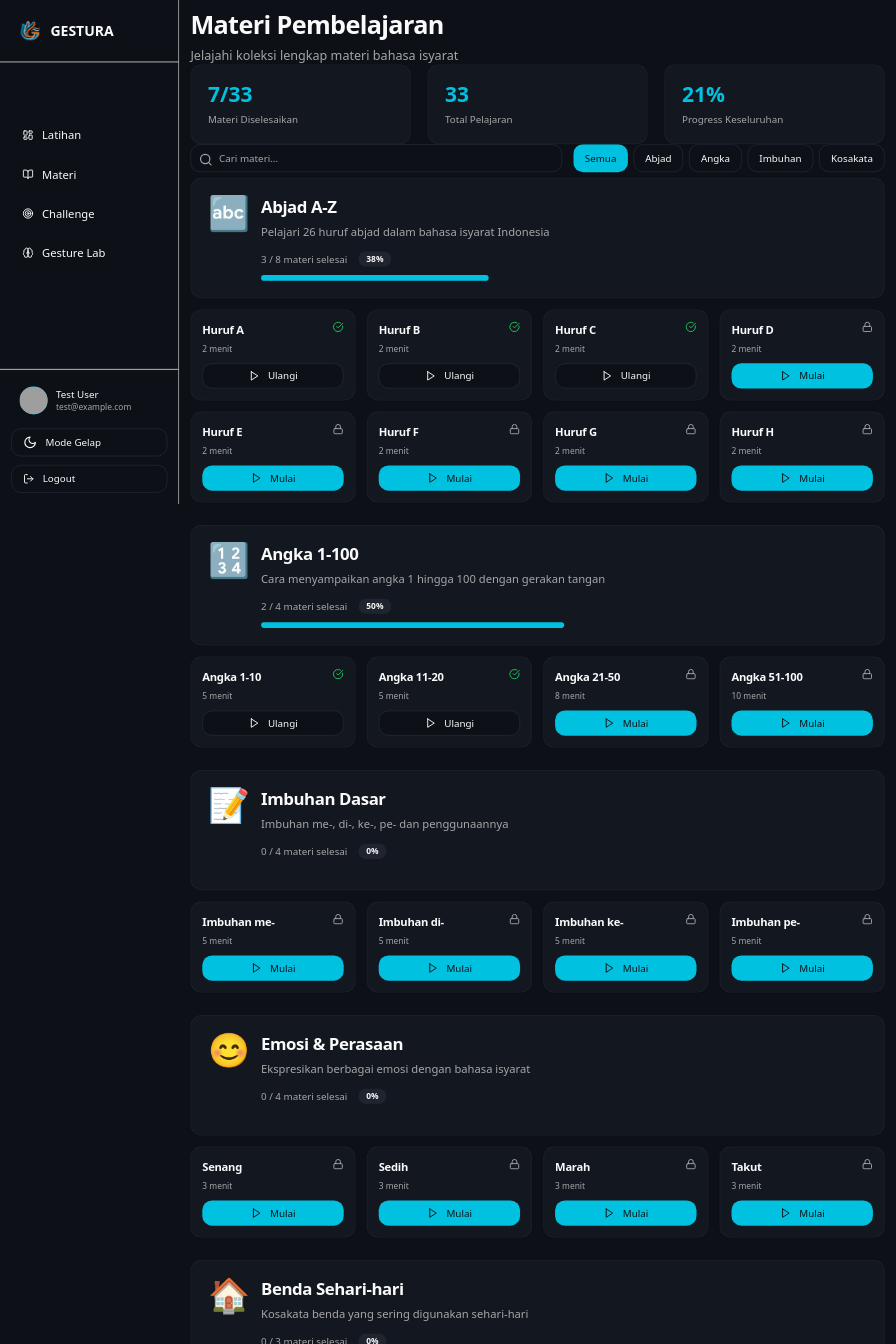
Repository: Tisna7/GESTURA
Page: http://localhost/materi
An editor plug-in stored every save of this project. The page is shown before and after the next save, followed by the edit.
The browser window is 1280 px wide. The pictures show the part of the page from y = 0 to 1920 px (the page is 3184 px tall), at 70% of full size.
Pictures or frames that could not be fetched are drawn as grey boxes. The page is served by the project's Laravel application, run on PHP 8.4 with Laravel 12. A made-up administrator, Test User (test@example.com), is signed in. Style sheets and scripts are compiled from the project's sources, by tool versions that may differ from the author's.

Above is the page before, as saved 2025-11-23 21:09:26.

After the next save:
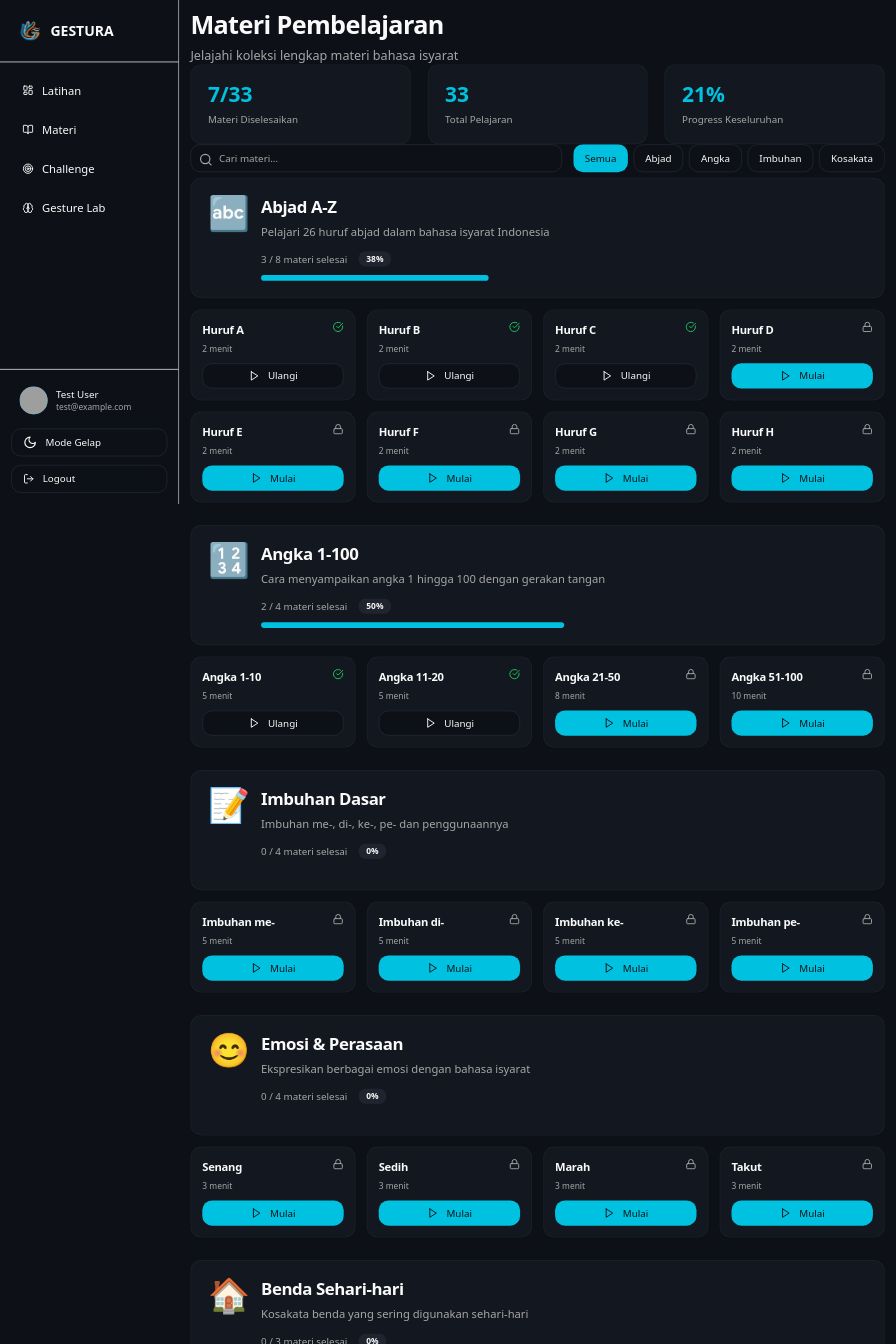
Saved 56 s later.
--- a/resources/views/components/sidebar-user.blade.php
+++ b/resources/views/components/sidebar-user.blade.php
@@ -21,7 +21,7 @@
         </div>
 
         {{-- MENU --}}
-        <nav class="flex-1 p-4 space-y-2 overflow-y-auto mt-16 lg:mt-0 ">
+        <nav class="flex-1 p-4 space-y-2 overflow-y-auto mt-10 lg:mt-0 ">
 
             {{-- Latihan --}}
             <a class="{{ request()->is('latihan') ? 'bg-sidebar-accent text-sidebar-accent-foreground font-medium shadow-soft'
